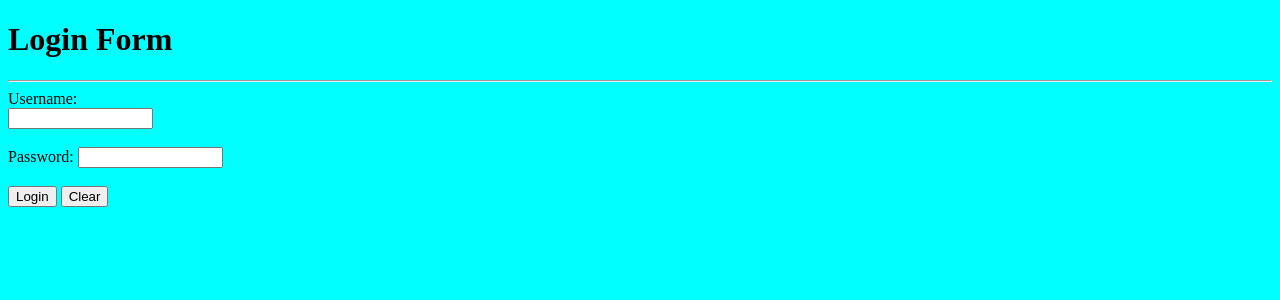
Repository: konduruswathi/Day10
Page: LoginApp/WebContent/Login.html
These files come from the project's save history. The page is drawn as it stood at one moment and after the next save; the edit follows.
The browser window is 1280 px wide. The pictures show the whole page.

Above is the page before, as saved 2018-09-05 10:12:01.

### LoginApp/WebContent/Login.html
<!DOCTYPE html>
<html>
<head>
<meta charset="ISO-8859-1">
<title>Login Page</title>
</head>
<body bgcolor="cyan">
<h1>Login Form</h1>
<hr>
<label>Username:</label>
<form action="login"method="post">
<input type="text"name="username"size="15"/>
<br><br>
<label>Password:</label>
<input type="text"name="password"size="15"/>
<br><br>
<input type="submit"value="Login"/>
<input type="reset"value="Clear"/>

</form>

</body>
</html>

After the next save:
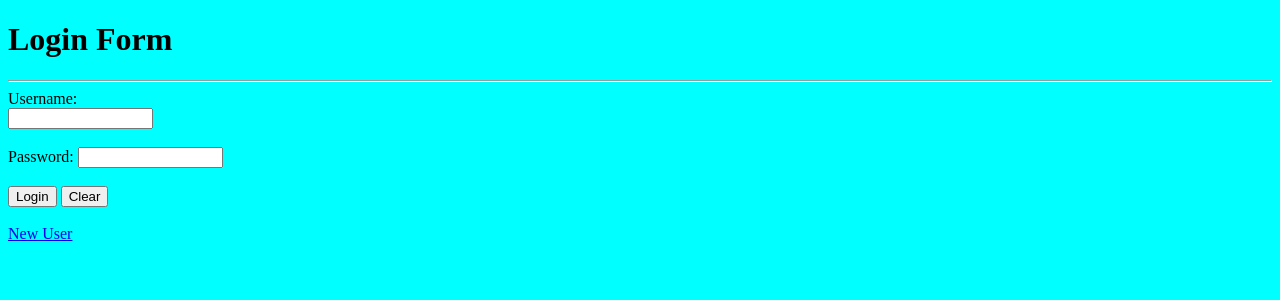
Saved 83 s later.
--- a/LoginApp/WebContent/Login.html
+++ b/LoginApp/WebContent/Login.html
@@ -16,7 +16,8 @@
 <br><br>
 <input type="submit"value="Login"/>
 <input type="reset"value="Clear"/>
-
+<br><br>
+<a href="registration.html">New User</a>
 </form>
 
 </body>
